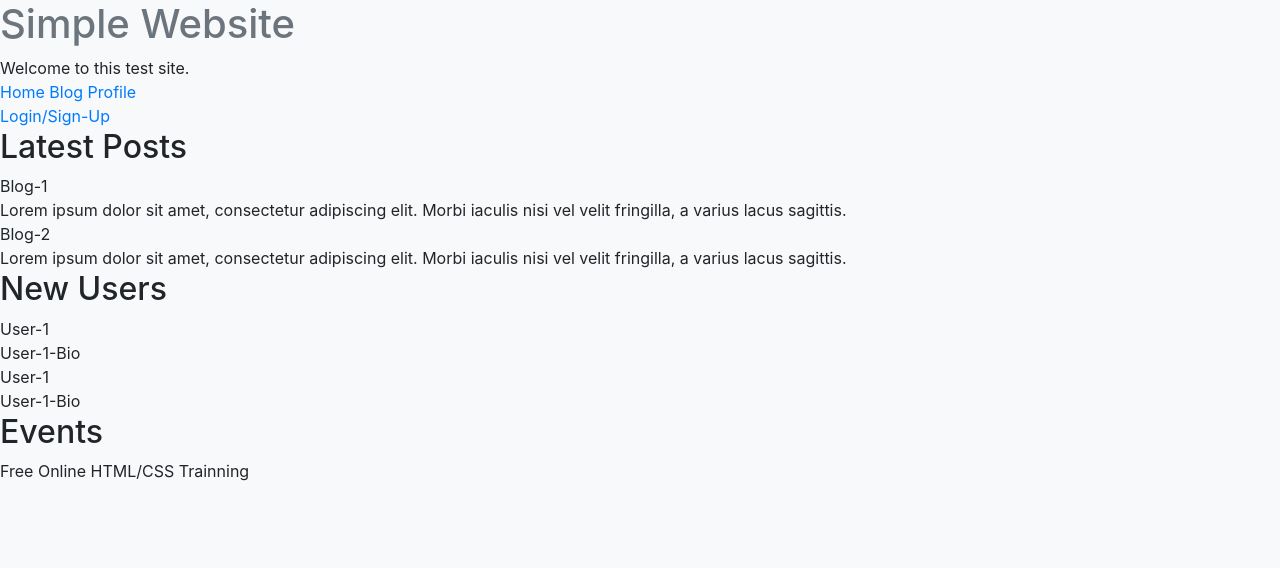
Repository: AbeTavarez/aws_sample_apps
Page: basic_website/index.html
The author's editor kept a record of every edit. The page is drawn from the files as they stood at one moment, then again after the next edit.
The browser window is 1280 px wide. The pictures show the whole page.

Above is the page before.

### basic_website/index.html
<!DOCTYPE html>
<html>
    <head>
        <meta charset="UTF-8" />
        <meta name="viewport" content="width=device-width, initial-scale=1.0" />
        <meta http-equiv="X-UA-Compatible" content="ie=edge" />


        <link rel="stylesheet" href="https://stackpath.bootstrapcdn.com/bootstrap/4.5.2/css/bootstrap.min.css" integrity="sha384-JcKb8q3iqJ61gNV9KGb8thSsNjpSL0n8PARn9HuZOnIxN0hoP+VmmDGMN5t9UJ0Z" crossorigin="anonymous">
        <link rel="stylesheet" href="/styles.css" type="text/css" />
        <title>Simple Website</title>
    </head>
    <body class="bg-light">
        <header>
            <div class="text-secondary h1">Simple Website</div>
            <div>Welcome to this test site.</div>
        </header>

        <nav>
            <a href="#home">Home</a>
            <a href="#blog">Blog</a>
            <a href="profile">Profile</a>
            <div href="#log-menu">
                <a href="#login">Login/Sign-Up</a>
            </div>
        </nav>

        <main>
            <!--Latest posts section-->
            <section class="latest-posts">
                <h2>Latest Posts</h2>

                <div class="last-two-posts">

                    <div class="post-card">
                        <div class="post-card-title">Blog-1</div>
                        <div class="post-card-body">
                            Lorem ipsum dolor sit amet, consectetur adipiscing elit.
                            Morbi iaculis nisi vel velit fringilla, a varius lacus sagittis.
                        </div>

                         <div class="post-card">
                        <div class="post-card-title">Blog-2</div>
                        <div class="cpost-ard-body">
                            Lorem ipsum dolor sit amet, consectetur adipiscing elit.
                            Morbi iaculis nisi vel velit fringilla, a varius lacus sagittis.
                        </div>

                    </div>
                </div>
            </section>
            <!--New users section -->
            <section class="new-users">
                <h2>New Users</h2>

                <div class="last-two-users">

                    <div class="users-card">
                        <div class="users-card-name">User-1</div>
                        <div class="users-card-bio">User-1-Bio</div>
                    </div>

                     <div class="users-card">
                        <div class="users-card-name">User-1</div>
                        <div class="users-card-bio">User-1-Bio</div>
                    </div>
                </div>
            </section>

            <section class="events">
                <h2>Events</h2>

                <div class="latest-events">

                    <div class="event-card">Free Online HTML/CSS Trainning</div>

                </div>
            </section>
        </main>


    </body>
</html>

Loaded but not shown: styles.css (no stored copy; drawn as an empty file)

After the next edit:
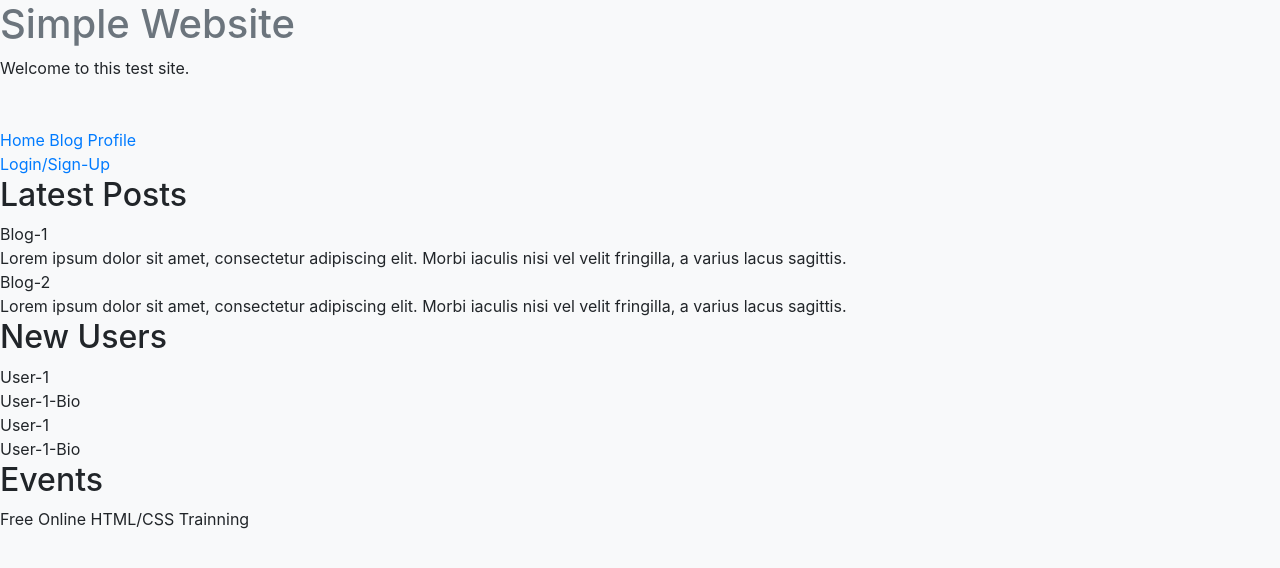
The edit:
--- a/basic_website/index.html
+++ b/basic_website/index.html
@@ -16,7 +16,7 @@
             <div>Welcome to this test site.</div>
         </header>
 
-        <nav>
+        <nav class="mt-5">
             <a href="#home">Home</a>
             <a href="#blog">Blog</a>
             <a href="profile">Profile</a>
